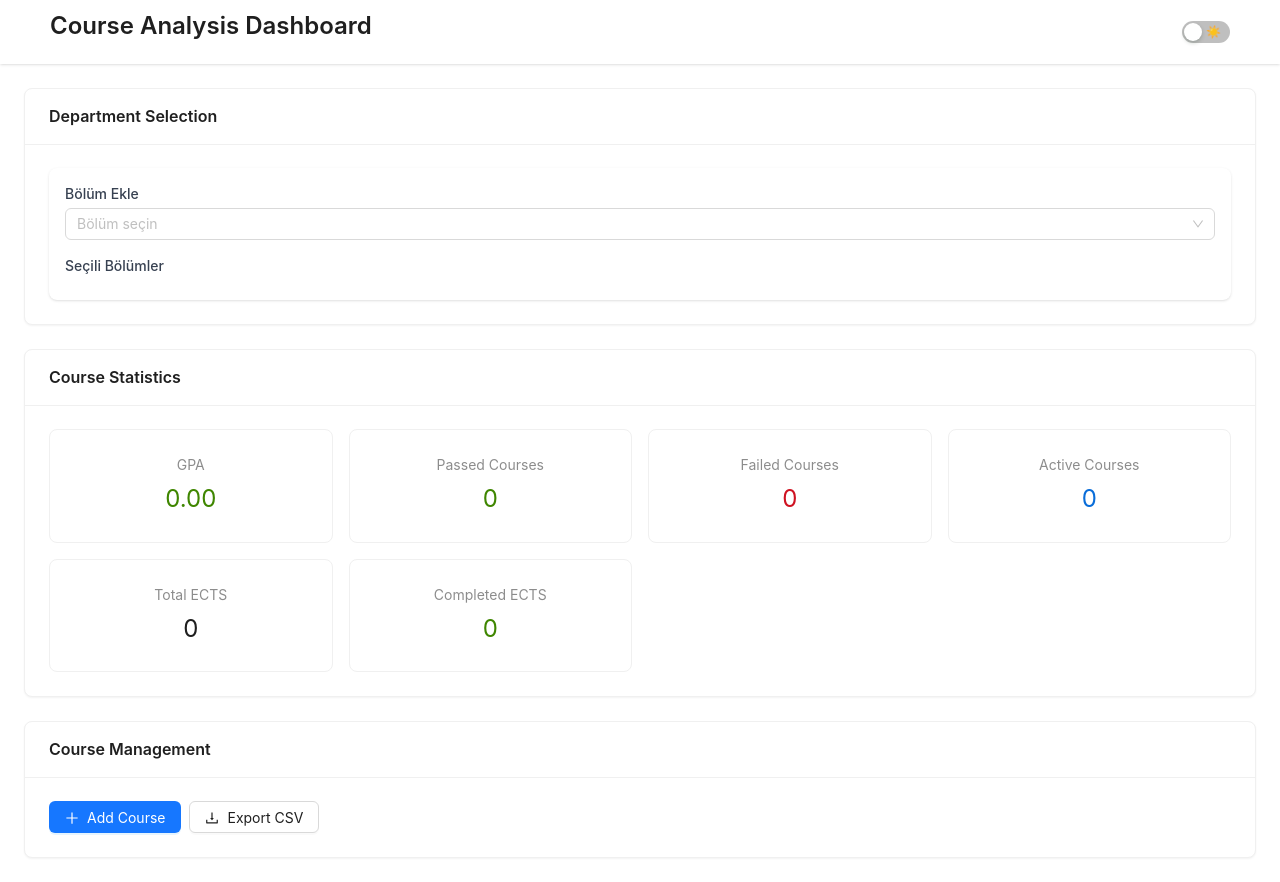
Repository: heudev/ieu-eduanalyzer
Page: /
An editor plug-in stored every save of this project. The page is shown before and after the next save, followed by the edit.
The browser window is 1280 px wide. The pictures show the whole page.
The project was rebuilt for these pictures with package versions that can differ from the ones it lists, and the page was loaded fresh each time. Also part of the build but not shown: vite.config.ts.

Above is the page before, as saved 2025-01-17 00:47:20.

After the next save:
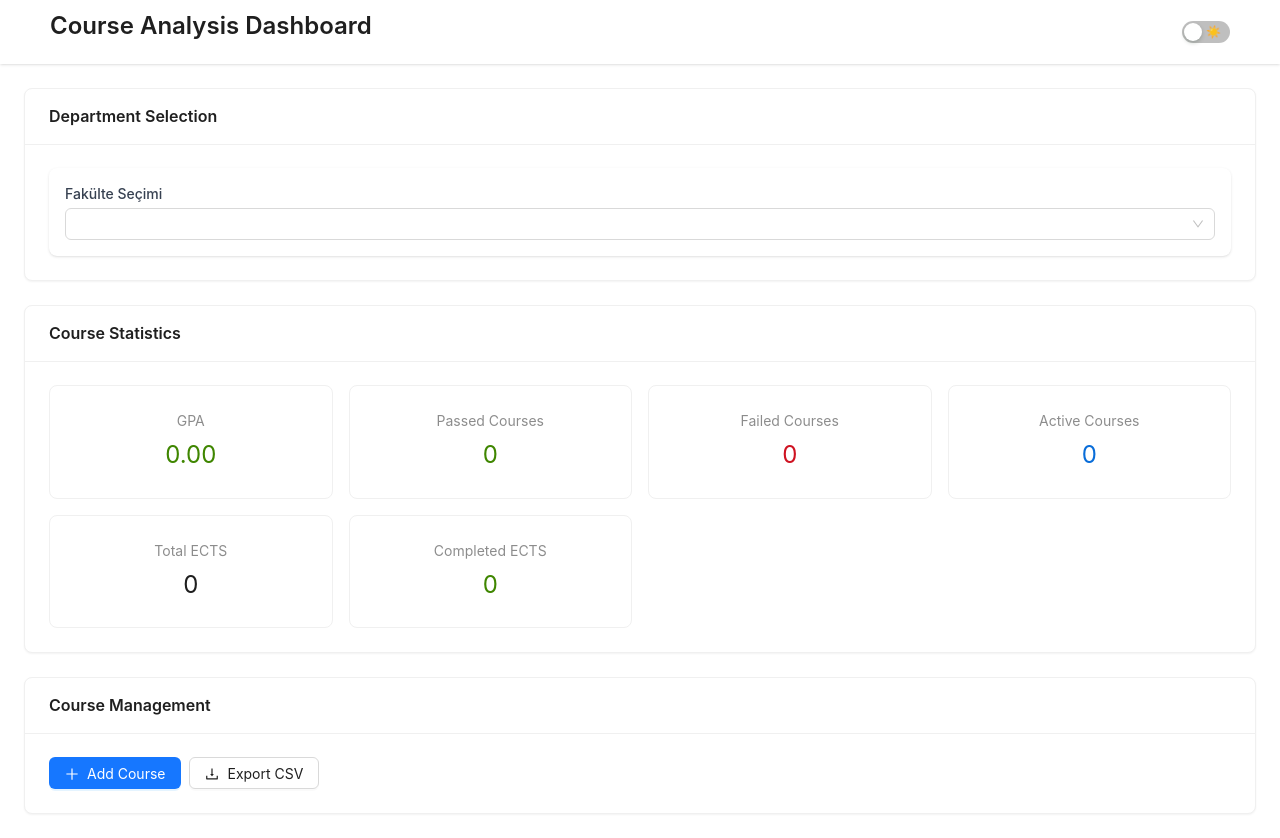
Saved 2 min 5 s later.
--- a/src/components/FacultyDepartmentSelector.tsx
+++ b/src/components/FacultyDepartmentSelector.tsx
@@ -1,8 +1,9 @@
-import React from 'react';
+import React, { useEffect, useState } from 'react';
 import { Select, Tag } from 'antd';
 import { useDispatch, useSelector } from 'react-redux';
 import { Course } from '../types';
 import { updateCourse, addCourse } from '../store/courseSlice';
+import departments from '../data/departments.json';
 
 const { Option } = Select;
 
@@ -12,80 +13,101 @@
     };
 }
 
+interface Department {
+    department: string;
+    courses: any[];
+}
+
+interface Faculty {
+    faculty: string;
+    departments: Department[];
+}
+
 const FacultyDepartmentSelector: React.FC = () => {
     const dispatch = useDispatch();
-    const courses = useSelector((state: RootState) => state.course.courses);
+    const [selectedFaculty, setSelectedFaculty] = useState<string>('');
+    const [selectedDepartment, setSelectedDepartment] = useState<string>('');
+    const [availableDepartments, setAvailableDepartments] = useState<Department[]>([]);
+    const [departmentCourses, setDepartmentCourses] = useState<any[]>([]);
 
-    // Benzersiz bölümleri al
-    const departments = Array.from(new Set(courses.map(course => course.code.split(' ')[0])));
+    const faculties = departments.map((faculty: Faculty) => faculty.faculty);
 
-    const handleDepartmentAdd = (departmentCode: string) => {
-        // Seçilen bölüme ait örnek bir ders ekle
-        const newCourse: Course = {
-            id: Date.now().toString(),
-            code: `${departmentCode} 101`,
-            name: 'New Course',
-            ects: 0,
-            credits: 0,
-            semester: '1',
-            prerequisites: null,
-            letterGrade: 'NA',
-            status: 'NOT_TAKEN'
-        };
-        dispatch(addCourse(newCourse));
+    const handleFacultyChange = (value: string) => {
+        setSelectedFaculty(value);
+        setSelectedDepartment('');
+        const faculty = departments.find((f: Faculty) => f.faculty === value);
+        setAvailableDepartments(faculty?.departments || []);
+        setDepartmentCourses([]);
     };
 
-    const handleDepartmentRemove = (departmentCode: string) => {
-        // Seçilen bölüme ait tüm dersleri kaldır
-        courses
-            .filter(course => course.code.startsWith(departmentCode))
-            .forEach(course => {
-                dispatch(updateCourse({
-                    courseId: course.id!,
-                    updates: {
-                        status: 'NOT_TAKEN',
-                        letterGrade: 'NA'
-                    }
-                }));
-            });
+    const handleDepartmentChange = (value: string) => {
+        setSelectedDepartment(value);
+        const department = availableDepartments.find(
+            (dept: Department) => dept.department === value
+        );
+        setDepartmentCourses(department?.courses || []);
     };
 
     return (
         <div className="space-y-4 p-4 bg-white rounded-lg shadow">
             <div>
                 <label className="block text-sm font-medium text-gray-700 mb-1">
-                    Bölüm Ekle
+                    Fakülte Seçimi
                 </label>
                 <Select
                     className="w-full"
-                    placeholder="Bölüm seçin"
-                    onChange={handleDepartmentAdd}
+                    placeholder="Fakülte seçin"
+                    value={selectedFaculty}
+                    onChange={handleFacultyChange}
                 >
-                    {departments.map(department => (
-                        <Option key={department} value={department}>
-                            {department}
+                    {faculties.map((faculty: string) => (
+                        <Option key={faculty} value={faculty}>
+                            {faculty}
                         </Option>
                     ))}
                 </Select>
             </div>
 
-            <div className="space-y-2">
-                <label className="block text-sm font-medium text-gray-700">
-                    Seçili Bölümler
-                </label>
-                <div className="flex flex-wrap gap-2">
-                    {departments.map(department => (
-                        <Tag
-                            key={department}
-                            closable
-                            onClose={() => handleDepartmentRemove(department)}
-                            className="px-3 py-1"
-                        >
-                            {department}
-                        </Tag>
-                    ))}
+            {selectedFaculty && (
+                <div>
+                    <label className="block text-sm font-medium text-gray-700 mb-1">
+                        Bölüm Seçimi
+                    </label>
+                    <Select
+                        className="w-full"
+                        placeholder="Bölüm seçin"
+                        value={selectedDepartment}
+                        onChange={handleDepartmentChange}
+                    >
+                        {availableDepartments.map((dept: Department) => (
+                            <Option key={dept.department} value={dept.department}>
+                                {dept.department}
+                            </Option>
+                        ))}
+                    </Select>
                 </div>
-            </div>
+            )}
+
+            {departmentCourses.length > 0 && (
+                <div className="mt-4">
+                    <h3 className="text-lg font-medium text-gray-900 mb-2">Bölüm Dersleri</h3>
+                    <div className="space-y-2">
+                        {departmentCourses.map((course) => (
+                            <div
+                                key={course.code}
+                                className="p-3 bg-gray-50 rounded-md hover:bg-gray-100"
+                            >
+                                <div className="font-medium">{course.code} - {course.name}</div>
+                                <div className="text-sm text-gray-600">
+                                    <span>ECTS: {course.ects}</span>
+                                    <span className="mx-2">|</span>
+                                    <span>Dönem: {course.semester}</span>
+                                </div>
+                            </div>
+                        ))}
+                    </div>
+                </div>
+            )}
         </div>
     );
 };

After the save that followed:
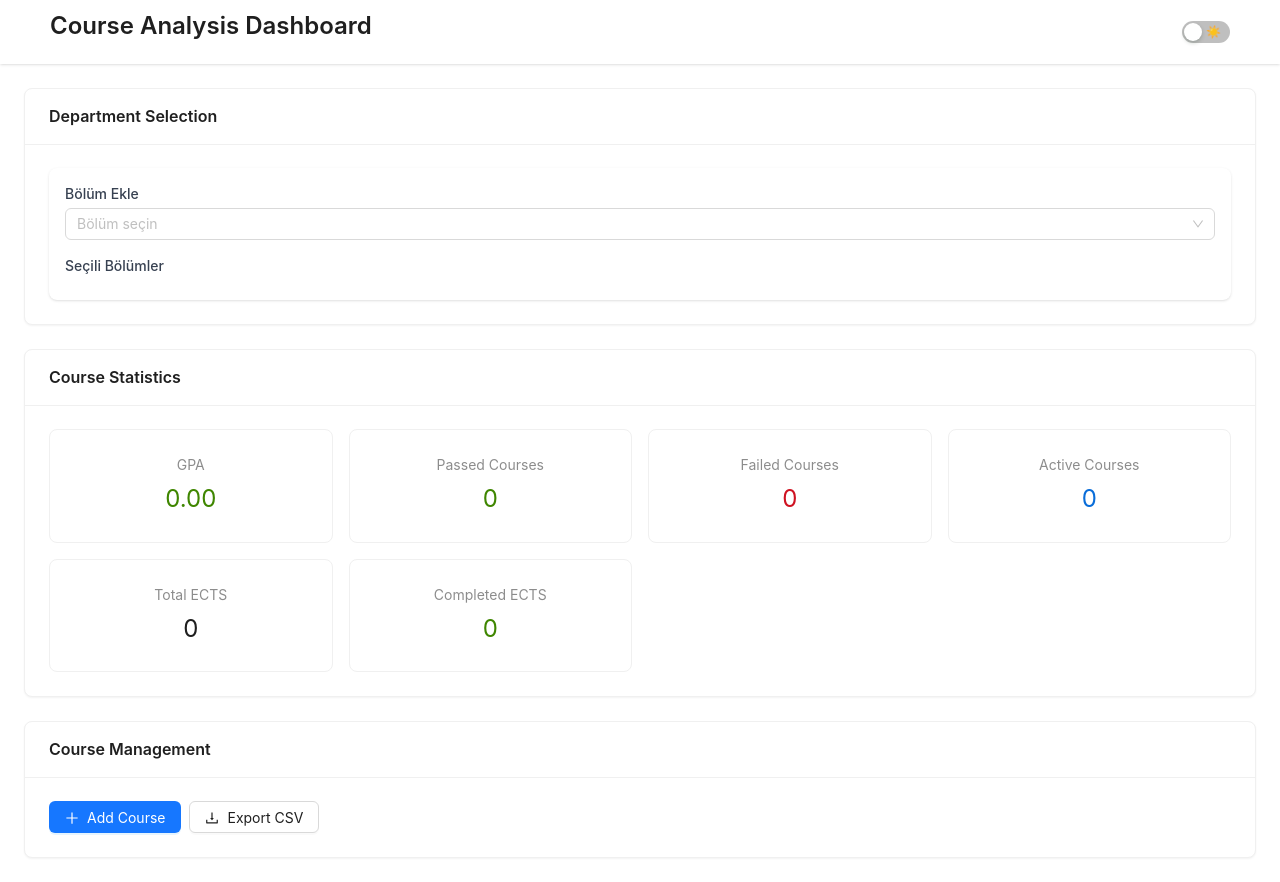
Saved 56 s later.
--- a/src/components/FacultyDepartmentSelector.tsx
+++ b/src/components/FacultyDepartmentSelector.tsx
@@ -1,9 +1,8 @@
-import React, { useEffect, useState } from 'react';
+import React from 'react';
 import { Select, Tag } from 'antd';
 import { useDispatch, useSelector } from 'react-redux';
 import { Course } from '../types';
 import { updateCourse, addCourse } from '../store/courseSlice';
-import departments from '../data/departments.json';
 
 const { Option } = Select;
 
@@ -13,101 +12,80 @@
     };
 }
 
-interface Department {
-    department: string;
-    courses: any[];
-}
-
-interface Faculty {
-    faculty: string;
-    departments: Department[];
-}
-
 const FacultyDepartmentSelector: React.FC = () => {
     const dispatch = useDispatch();
-    const [selectedFaculty, setSelectedFaculty] = useState<string>('');
-    const [selectedDepartment, setSelectedDepartment] = useState<string>('');
-    const [availableDepartments, setAvailableDepartments] = useState<Department[]>([]);
-    const [departmentCourses, setDepartmentCourses] = useState<any[]>([]);
+    const courses = useSelector((state: RootState) => state.course.courses);
 
-    const faculties = departments.map((faculty: Faculty) => faculty.faculty);
+    // Benzersiz bölümleri al
+    const departments = Array.from(new Set(courses.map(course => course.code.split(' ')[0])));
 
-    const handleFacultyChange = (value: string) => {
-        setSelectedFaculty(value);
-        setSelectedDepartment('');
-        const faculty = departments.find((f: Faculty) => f.faculty === value);
-        setAvailableDepartments(faculty?.departments || []);
-        setDepartmentCourses([]);
+    const handleDepartmentAdd = (departmentCode: string) => {
+        // Seçilen bölüme ait örnek bir ders ekle
+        const newCourse: Course = {
+            id: Date.now().toString(),
+            code: `${departmentCode} 101`,
+            name: 'New Course',
+            ects: 0,
+            credits: 0,
+            semester: '1',
+            prerequisites: null,
+            letterGrade: 'NA',
+            status: 'NOT_TAKEN'
+        };
+        dispatch(addCourse(newCourse));
     };
 
-    const handleDepartmentChange = (value: string) => {
-        setSelectedDepartment(value);
-        const department = availableDepartments.find(
-            (dept: Department) => dept.department === value
-        );
-        setDepartmentCourses(department?.courses || []);
+    const handleDepartmentRemove = (departmentCode: string) => {
+        // Seçilen bölüme ait tüm dersleri kaldır
+        courses
+            .filter(course => course.code.startsWith(departmentCode))
+            .forEach(course => {
+                dispatch(updateCourse({
+                    courseId: course.id!,
+                    updates: {
+                        status: 'NOT_TAKEN',
+                        letterGrade: 'NA'
+                    }
+                }));
+            });
     };
 
     return (
         <div className="space-y-4 p-4 bg-white rounded-lg shadow">
             <div>
                 <label className="block text-sm font-medium text-gray-700 mb-1">
-                    Fakülte Seçimi
+                    Bölüm Ekle
                 </label>
                 <Select
                     className="w-full"
-                    placeholder="Fakülte seçin"
-                    value={selectedFaculty}
-                    onChange={handleFacultyChange}
+                    placeholder="Bölüm seçin"
+                    onChange={handleDepartmentAdd}
                 >
-                    {faculties.map((faculty: string) => (
-                        <Option key={faculty} value={faculty}>
-                            {faculty}
+                    {departments.map(department => (
+                        <Option key={department} value={department}>
+                            {department}
                         </Option>
                     ))}
                 </Select>
             </div>
 
-            {selectedFaculty && (
-                <div>
-                    <label className="block text-sm font-medium text-gray-700 mb-1">
-                        Bölüm Seçimi
-                    </label>
-                    <Select
-                        className="w-full"
-                        placeholder="Bölüm seçin"
-                        value={selectedDepartment}
-                        onChange={handleDepartmentChange}
-                    >
-                        {availableDepartments.map((dept: Department) => (
-                            <Option key={dept.department} value={dept.department}>
-                                {dept.department}
-                            </Option>
-                        ))}
-                    </Select>
+            <div className="space-y-2">
+                <label className="block text-sm font-medium text-gray-700">
+                    Seçili Bölümler
+                </label>
+                <div className="flex flex-wrap gap-2">
+                    {departments.map(department => (
+                        <Tag
+                            key={department}
+                            closable
+                            onClose={() => handleDepartmentRemove(department)}
+                            className="px-3 py-1"
+                        >
+                            {department}
+                        </Tag>
+                    ))}
                 </div>
-            )}
-
-            {departmentCourses.length > 0 && (
-                <div className="mt-4">
-                    <h3 className="text-lg font-medium text-gray-900 mb-2">Bölüm Dersleri</h3>
-                    <div className="space-y-2">
-                        {departmentCourses.map((course) => (
-                            <div
-                                key={course.code}
-                                className="p-3 bg-gray-50 rounded-md hover:bg-gray-100"
-                            >
-                                <div className="font-medium">{course.code} - {course.name}</div>
-                                <div className="text-sm text-gray-600">
-                                    <span>ECTS: {course.ects}</span>
-                                    <span className="mx-2">|</span>
-                                    <span>Dönem: {course.semester}</span>
-                                </div>
-                            </div>
-                        ))}
-                    </div>
-                </div>
-            )}
+            </div>
         </div>
     );
 };
